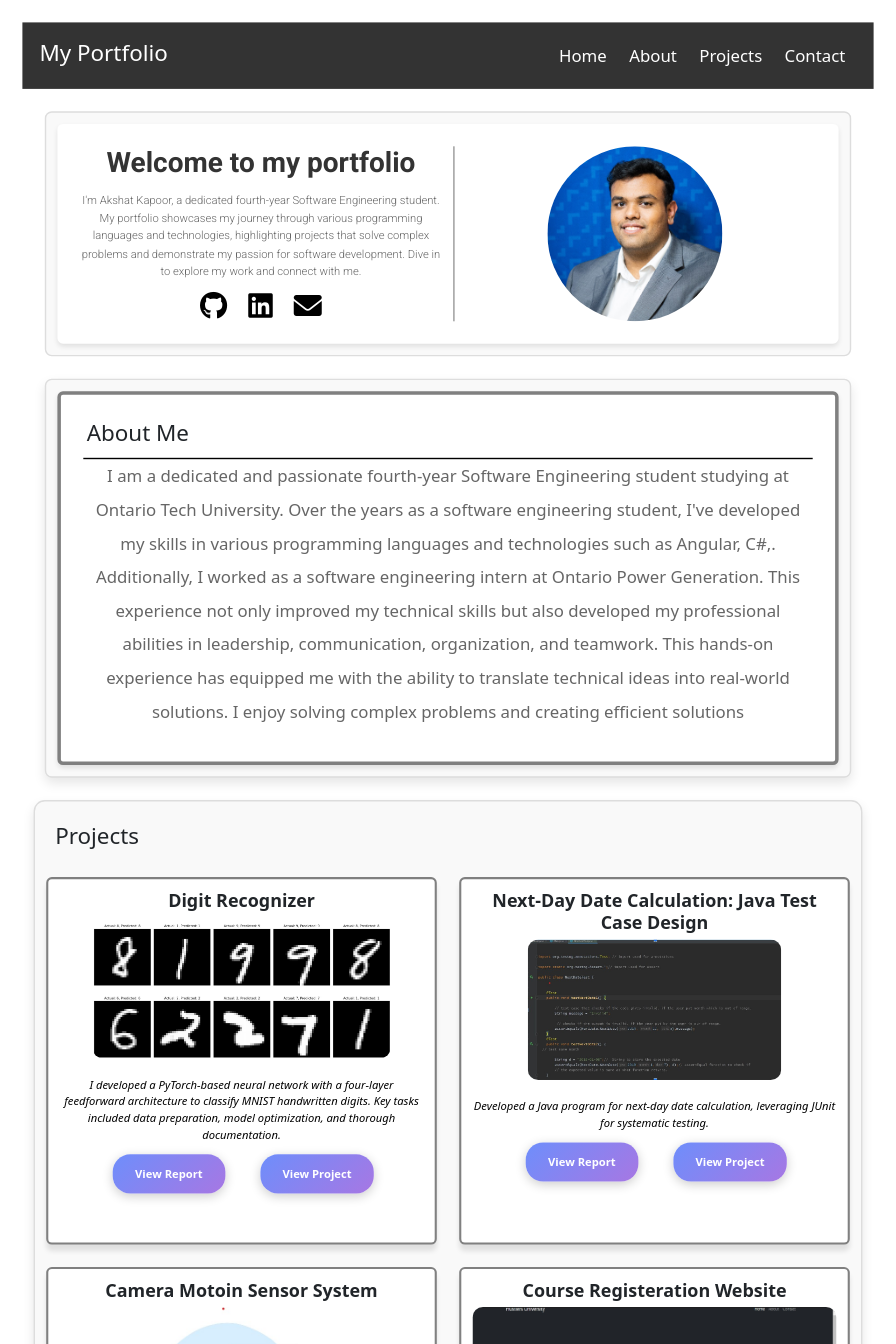
Repository: AkshatKapo/My-Portfolio
Page: /
An editor plug-in stored every save of this project. The page is shown before and after the next save, followed by the edit.
The browser window is 1280 px wide. The pictures show the part of the page from y = 0 to 1920 px (the page is 2643 px tall), at 70% of full size.
The project was rebuilt for these pictures with package versions that can differ from the ones it lists, and the page was loaded fresh each time. Also part of the build but not shown: vite.config.js, src/components/Experiece/Experience.css, src/components/Experiece/Experience.jsx, src/components/project/project.jsx, src/index.css.

Above is the page before, as saved 2024-06-13 11:52:45.

### index.html
<!DOCTYPE html>
<html lang="en">
  <head>
    <meta charset="UTF-8" />
    <link rel="stylesheet" href="https://cdnjs.cloudflare.com/ajax/libs/font-awesome/6.0.0-beta3/css/all.min.css">
    <link rel="stylesheet" href="https://maxcdn.bootstrapcdn.com/bootstrap/4.5.2/css/bootstrap.min.css">

    <meta name="viewport" content="width=device-width, initial-scale=1.0" />
    <title>Vite + React</title>
  </head>
  <body>
    <div id="root"></div>
    <script type="module" src="/src/main.jsx"></script>
  </body>
</html>

### src/main.jsx
import React from 'react'
import ReactDOM from 'react-dom/client'
import App from './App'
import './index.css'
import 'bootstrap/dist/css/bootstrap.min.css';


ReactDOM.createRoot(document.getElementById('root')).render(
  <React.StrictMode>
    <App />
  </React.StrictMode>,
)

### src/App.jsx
import { useState } from 'react'
import reactLogo from './assets/react.svg'
import './App.css'
import Header from './components/Header'
import Home from './components/Home/Home'
import About from './components/About/About'
import Experience from './components/Experiece/Experience'
import Projects from './components/Projects/projects'
import project from './components/project/project'

// import Contact from './components/Contact/Contact'


function App() {
  const [count, setCount] = useState(0)

  return (
    <div>
      <Header />
      <Home />
      <About />

      {/* <Experience /> */}
      <Projects />
    </div>
  )
}

export default App

### src/components/Header.jsx
import React from 'react'
import './Header.css'

const Header = () => {
  return (
    <header>
      <h1 className='title'>My Portfolio</h1>
      <nav>
        <ul>
          <li><a href="#home">Home</a></li>
          <li><a href="#about">About</a></li>
          <li><a href="#projects">Projects</a></li>
          <li><a href="#contact">Contact</a></li>
        </ul>
      </nav>
    </header>
  )
}

export default Header

### src/components/Home/Home.jsx
import React from "react";
import "./Home.css";

const Home = () => {
  return (
    <section id="home">
      <div className="home-content">
        <div className="text-content">
          <h2>Welcome to my portfolio</h2>
          <p>
          I'm Akshat Kapoor, a dedicated fourth-year Software Engineering student. My portfolio showcases my journey through various programming languages and technologies, highlighting projects that solve complex problems and demonstrate my passion for software development. Dive in to explore my work and connect with me.
          </p>
          <div class="social-icons">
              <a href="https://github.com/yourusername" target="_blank">
                <i class="fab fa-github"></i>
              </a>
              <a href="https://www.linkedin.com/in/yourusername" target="_blank">
               <i class="fab fa-linkedin"></i>
              </a>
              <a href="mailto:youremail@gmail.com" target="_blank">
               <i class="fas fa-envelope"></i>
             </a>


          </div>

        </div>
        <div className="separator"></div>
        <div className="image-content">
          <img
            src="/1666144074188.jpeg"
            alt="My image"
            className="profile-image"
          />
        </div>
      </div>
    </section>
  );
};

export default Home;

### src/components/About/About.jsx
import React from 'react';
import './About.css';

function About() {
  return (
    <section id="about">
      <div id='about-content'>
       <h2>About Me</h2>
       <div className='seperator'>


       </div>
       <p>I am a dedicated and passionate fourth-year Software Engineering student studying at Ontario Tech University. Over the years as a software engineering student, I've developed my skills in various programming languages and technologies such as Angular, C#,. Additionally, I worked as a software engineering intern at Ontario Power Generation. This experience not only improved my technical skills but also developed my professional abilities in leadership, communication, organization, and teamwork. This hands-on experience has equipped me with the ability to translate technical ideas into real-world solutions. I enjoy solving complex problems and creating efficient solutions </p>
      </div>
    </section>
  );
}

export default About;

### src/components/Projects/projects.jsx
import React from "react";
import "./projects.css";

const projects = () => {
  return (
    <section id="projects">
      <div class="project-list">
        <h2>Projects</h2>
        <div class="project-row">
          <div class="project">
            <h3>Digit Recognizer</h3>
            <img src="/image.jpg"></img>
            <p>I developed a PyTorch-based neural network with a four-layer feedforward architecture to classify MNIST handwritten digits. Key tasks included data preparation, model optimization, and thorough documentation.</p>
              <a href="link-to-project1" class="Projectbutton">View Report</a>
              <a href="link-to-project1" class="Projectbutton2">View Project</a>

          </div>
          <div class="project">
            <h3>Next-Day Date Calculation: Java Test Case Design </h3>
            <img src="/date.jpg"></img>
            <p>Developed a Java program for next-day date calculation, leveraging JUnit for systematic testing. </p>
            <a href="link-to-project1" class="Projectbutton">View Report</a>
            <a href="link-to-project1" class="Projectbutton2">View Project</a>
          </div>
        </div>
        <div class="project-row">
          <div class="project">
            <h3>Camera Motoin Sensor System</h3>
            <img src="/moton sensor.jpg"></img>
            <p>Collaborated with a team of 4 to craft a software project management proposal. Led the development of project plans covering risk assessment, budgeting, scheduling, and resource allocation. Employed Microsoft Project and Visual Paradigm for project scheduling and activity diagrams, while also preparing comprehensive technical documentation to support project objectives.</p>
            <a href="link-to-project1" class="Projectbutton">View Report</a>
            <a href="link-to-project1" class="Projectbutton2">View Project</a>
          </div>
          <div class="project">
            <h3>Course Registeration Website</h3>
            <img src="/coursespage.jpg"></img>
            <p>a team of 4 to develop a university course registration website, meeting deadlines and objectives. Leveraged HTML, CSS, JavaScript, Bootstrap, PHP, and SQL for design and functionality. Implemented key features including home, sign-up, and login pages, along with a robust database for information storage and retrieval.

            </p>
            <a href="link-to-project1" class="Projectbutton">View Report</a>
            <a href="link-to-project1" class="Projectbutton2">View Project</a>
          </div>
        </div>
      </div>
    </section>

  );
};

export default projects;

### src/components/Header.css
header {
  background-color: #333;
  color: white;
  padding: 2%;
  display: flex;
  justify-content: space-between;
  align-items: center;
    /* text-align: center; */
  }
  .title {
    font-size: 2rem;
    text-align: left;
  }


  nav ul {
    list-style-type: none;
    padding: 0;
    margin: 0;
    display: flex;
  }

  nav ul li {
    margin: 0 1rem;
  }

  nav ul li a {
    color: white;
    text-decoration: none;
    font-size: 150%;
  }

### src/components/Home/Home.css
@import url('https://fonts.googleapis.com/css2?family=Roboto:wght@300;400;700&display=swap');

#home {
  padding: 1rem;
  display: flex;
  justify-content: center;
  align-items: center;
  background-color: #f9f9f9;
  border: 2px solid #ddd; /* Light border */
  border-radius: 10px; /* Rounded corners */
  margin: 2rem; /* Margin to ensure it doesn’t touch the edges of the container */

}

.home-content {
  display: flex;
  justify-content: space-between;
  width: 100%;
  max-width: 1200px; /* Adjust the max-width as needed */
  background: #fff; /* Background for the content */
  padding: 2rem; /* Padding around the content */
  box-shadow: 0 4px 8px rgba(0, 0, 0, 0.1); /* Shadow for styling */
  border-radius: 8px; /* Rounded corners */
}

.text-content {
  flex: 1;
  padding-right: 1rem;
  font-family: 'Roboto', sans-serif;

}

.text-content h2 {
  font-size: 2.5rem; /* Adjust the font size as needed */
  font-weight: 900;
  color: #333;
  margin-bottom: 1rem;

}

.text-content p {
  font-size: 1rem; /* Adjust the font size as needed */
  line-height: 1.6; /* Adjust the line height as needed */
  color: #666;
  font-weight: 300;
}

.separator {
  width: 1px;
  background-color: #333;
  height: 250px; /* Adjust the height as needed */
}

.image-content {
  flex: 1;
  display: flex;
  justify-content: center;
}

.profile-image {
  width: 250px;
  height: 250px;
  border-radius: 50%;
  object-fit: cover;
 }

 .social-icons {
  display: flex;
  gap: 30px; /* Adjust the spacing between icons */
  justify-content: center;
}

.social-icons a {
  color: #000; /* Change the color if needed */
  text-decoration: none;
}

.social-icons .icon {
  width: 40px; /* Adjust the size of the icons */
  height: 40px; /* Adjust the size of the icons */
}

.social-icons i {
  font-size: 40px; /* Adjust the size of the font-awesome icons */
}

/* Add hover effect if desired */
.social-icons a:hover {
  opacity: 0.7; /* Example hover effect */
}

### src/components/About/About.css
#about {
    padding: 1rem;
    display: flex;
    background-color: #f9f9f9;
    border: 2px solid #ddd; /* Light border */
    border-radius: 10px; /* Rounded corners */
    box-shadow: 0 8px 16px rgba(0, 0, 0, 0.1); /* Shadow for depth */
    margin: 2rem; /* Margin to ensure it doesn’t touch the edges of the container */



  }
  #about-content {
    display: table-column;
    justify-content: space-between;
    width: 100%;
    max-width: 1200px; /* Adjust the max-width as needed */
    background: #fff; /* Background for the content */
    padding: 2rem; /* Padding around the content */
    box-shadow: 0 4px 8px rgba(0, 0, 0, 0.1); /* Shadow for styling */
    border-radius: 8px; /* Rounded corners */
    border: 5px solid grey;
  }


  #about h2 {
    font-size: 2rem;
    text-align: left; /* This will align the heading to the left */
    margin-bottom: 1rem; /* Adding some space between the heading and the paragraph */
    margin-top: 0.2rem;
    margin-left: 0.3rem;


  }
  .seperator {
    border-top: 2px solid black;
    width: 100%; /* Adjust as needed */
    margin: 20px 3; /* Adjust as needed */
  }

  #about p {
    font-size: 1.5rem; /* Adjust the font size as needed */
    line-height: 2; /* Adjust the line height as needed */
    color: #666;
    font-weight: 300;
    }

### src/components/Projects/projects.css
#projects {
  padding: 1rem;
  background-color: #f9f9f9;
  border: 2px solid #ddd; /* Light border */
  border-radius: 16px; /* Rounded corners */
  box-shadow: 0 8px 16px rgba(0, 0, 0, 0.1); /* Shadow for depth */
  margin: 1rem; /* Margin to ensure it doesn’t touch the edges of the container */
}

.project-list {
  display: flex;
  flex-direction: column;
  gap: 1rem; /* Space between rows */
  align-items: stretch;
}

.project-list h2 {
  font-size: 2rem;
  text-align: left; /* Align heading to the left */
  margin: 0.9rem 0 1rem 0.8rem; /* Consistent spacing around heading */
}

.project-row {
  display: flex;
  justify-content: space-between; /* Allow wrapping for responsive design */
  width: 100%; /* Space between projects */
  gap: 2rem;
  align-items: stretch;
}

.project {
  flex: 5 ; /* Flex basis to allow two projects per row with a gap */
  text-align: center;
  padding: 1rem; /* Consistent padding */
  padding-bottom: 0;
  background-color: #fff;
  border: 3px solid grey;
  box-shadow: 0 9px 8px rgba(0, 0, 0, 0.1); /* Shadow for styling */
  border-radius: 8px; /* Rounded corners */
  margin: 0.5rem 0; /* Margin for spacing between rows */
}

.project img {
  justify-content: center;
  max-width: 100%;
  height: 40%;
  border-radius: 15px;
  margin-bottom: 25px;
  border-color:50px solid aquamarine;
}


.project h3 {
  font-size: 1.6rem;
  font-weight: bolder;
  margin-bottom: 0.5rem; /* Space between title and paragraph */
  margin-top: 0;
}

.project p {
  font-size: 1rem;
  font-style: italic;
  color: black;
}
.Projectbutton {

    display: inline-block;
    padding: 1rem 2rem; /* Adjusted padding for better appearance */
    font-size: 1rem; /* Set font size */
    font-weight: bold; /* Make font bold */
    text-align: center; /* Center the text */
    background: linear-gradient(135deg, #6e8efb, #a777e3); /* Add gradient background */
    color: white; /* Change text color to white */
    text-decoration: none; /* Remove underline */
    border: none; /* Remove border */
    border-radius: 25px; /* More rounded corners */
    box-shadow: 0 4px 15px rgba(0, 0, 0, 0.2); /* Add shadow */
    transition: background 0.3s, transform 0.3s; /* Smooth transitions */
    cursor: pointer; /* Change cursor to pointer */
    margin-left: 1%;
    margin-bottom: 0rem; /* Add a small margin-bottom */

}
.Projectbutton2 {

    display: inline-block;
    padding: 1rem 2rem; /* Adjusted padding for better appearance */
    font-size: 1rem; /* Set font size */
    font-weight: bold; /* Make font bold */
    text-align: center; /* Center the text */
    background: linear-gradient(135deg, #6e8efb, #a777e3); /* Add gradient background */
    color: white; /* Change text color to white */
    text-decoration: none; /* Remove underline */
    border: none; /* Remove border */
    border-radius: 25px; /* More rounded corners */
    box-shadow: 0 4px 15px rgba(0, 0, 0, 0.2); /* Add shadow */
    transition: background 0.3s, transform 0.3s; /* Smooth transitions */
    cursor: pointer; /* Change cursor to pointer */
    margin-left: 50px;
    margin-bottom: 0rem; /* Add a small margin-bottom */

}

.Projectbutton:hover {
  background: linear-gradient(135deg, #a777e3, #6e8efb); /* Reverse gradient on hover */
  transform: translateY(-2px); /* Slight lift on hover */
  box-shadow: 0 6px 20px rgba(0, 0, 0, 0.3); /* Increase shadow on hover */
}
.Projectbutton2:hover {
  background: linear-gradient(135deg, #a777e3, #6e8efb); /* Reverse gradient on hover */
  transform: translateY(-2px); /* Slight lift on hover */
  box-shadow: 0 6px 20px rgba(0, 0, 0, 0.3); /* Increase shadow on hover */
}

/* Responsive Design */
@media (max-width: 768px) {
  .project-row {
    flex-direction: column; /* Stack projects vertically on smaller screens */
  }

  .Projectbutton2 {
    margin-left: 0; /* Reset margin on smaller screens */
  }
}

### src/components/project/project.css
#projects {
    padding: 1rem;
    background-color: #f9f9f9;
    border: 2px solid #ddd; /* Light border */
    border-radius: 16px; /* Rounded corners */
    box-shadow: 0 8px 16px rgba(0, 0, 0, 0.1); /* Shadow for depth */
    margin: 1rem; /* Margin to ensure it doesn’t touch the edges of the container */
  }

  .project-list {
    display: flex;
    flex-direction: column;
    gap: 1rem; /* Space between rows */
    align-items: stretch;
  }

  .project-list h2 {
    font-size: 2rem;
    text-align: left; /* Align heading to the left */
    margin: 0.9rem 0 1rem 0.8rem; /* Consistent spacing around heading */
  }

  .project-row {
    display: flex;
    justify-content: space-between; /* Allow wrapping for responsive design */
    width: 100%; /* Space between projects */
    gap: 2rem;
    align-items: stretch;
  }

  .project {
    flex: 5 ; /* Flex basis to allow two projects per row with a gap */
    text-align: center;
    padding: 1rem; /* Consistent padding */
    padding-bottom: 0;
    background-color: #fff;
    border: 3px solid grey;
    box-shadow: 0 9px 8px rgba(0, 0, 0, 0.1); /* Shadow for styling */
    border-radius: 8px; /* Rounded corners */
    margin: 0.5rem 0; /* Margin for spacing between rows */
  }

  .project img {
    justify-content: center;
    max-width: 100%;
    height: 40%;
    border-radius: 15px;
    margin-bottom: 25px;
    border-color:50px solid aquamarine;
  }


  .project h3 {
    font-size: 1.6rem;
    font-weight: bolder;
    margin-bottom: 0.5rem; /* Space between title and paragraph */
    margin-top: 0;
  }

  .project p {
    font-size: 1rem;
    font-style: italic;
    color: black;
  }
  .Projectbutton {

      display: inline-block;
      padding: 1rem 2rem; /* Adjusted padding for better appearance */
      font-size: 1rem; /* Set font size */
      font-weight: bold; /* Make font bold */
      text-align: center; /* Center the text */
      background: linear-gradient(135deg, #6e8efb, #a777e3); /* Add gradient background */
      color: white; /* Change text color to white */
      text-decoration: none; /* Remove underline */
      border: none; /* Remove border */
      border-radius: 25px; /* More rounded corners */
      box-shadow: 0 4px 15px rgba(0, 0, 0, 0.2); /* Add shadow */
      transition: background 0.3s, transform 0.3s; /* Smooth transitions */
      cursor: pointer; /* Change cursor to pointer */
      margin-left: 1%;
      margin-bottom: 0rem; /* Add a small margin-bottom */

  }
  .Projectbutton2 {

      display: inline-block;
      padding: 1rem 2rem; /* Adjusted padding for better appearance */
      font-size: 1rem; /* Set font size */
      font-weight: bold; /* Make font bold */
      text-align: center; /* Center the text */
      background: linear-gradient(135deg, #6e8efb, #a777e3); /* Add gradient background */
      color: white; /* Change text color to white */
      text-decoration: none; /* Remove underline */
      border: none; /* Remove border */
      border-radius: 25px; /* More rounded corners */
      box-shadow: 0 4px 15px rgba(0, 0, 0, 0.2); /* Add shadow */
      transition: background 0.3s, transform 0.3s; /* Smooth transitions */
      cursor: pointer; /* Change cursor to pointer */
      margin-left: 50px;
      margin-bottom: 0rem; /* Add a small margin-bottom */

  }

  .Projectbutton:hover {
    background: linear-gradient(135deg, #a777e3, #6e8efb); /* Reverse gradient on hover */
    transform: translateY(-2px); /* Slight lift on hover */
    box-shadow: 0 6px 20px rgba(0, 0, 0, 0.3); /* Increase shadow on hover */
  }
  .Projectbutton2:hover {
    background: linear-gradient(135deg, #a777e3, #6e8efb); /* Reverse gradient on hover */
    transform: translateY(-2px); /* Slight lift on hover */
    box-shadow: 0 6px 20px rgba(0, 0, 0, 0.3); /* Increase shadow on hover */
  }

  /* Responsive Design */
  @media (max-width: 768px) {
    .project-row {
      flex-direction: column; /* Stack projects vertically on smaller screens */
    }

    .Projectbutton2 {
      margin-left: 0; /* Reset margin on smaller screens */
    }
  }

Loaded but not shown: src/App.css (common file)

After the next save:
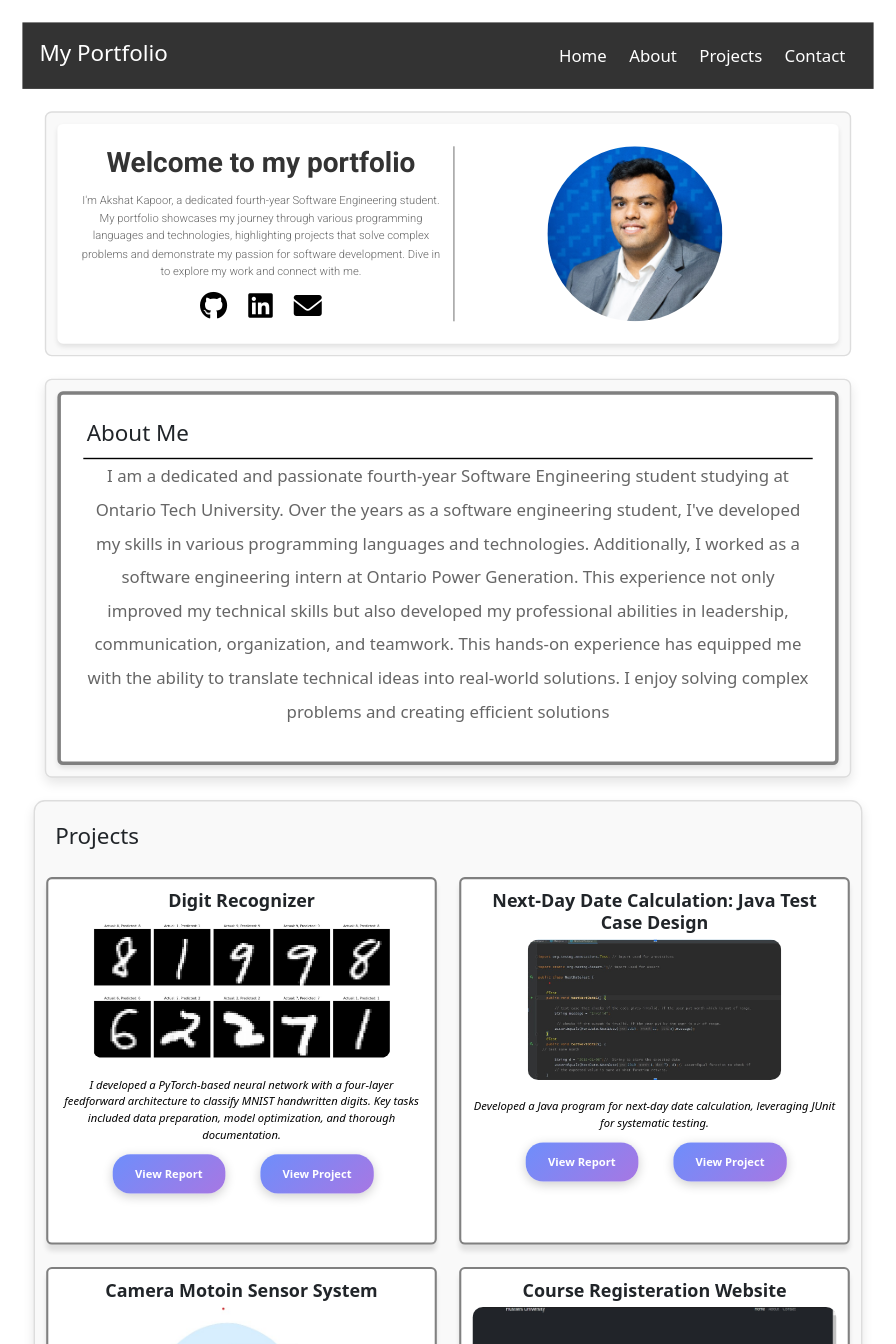
Saved 4 s later.
--- a/src/components/About/About.jsx
+++ b/src/components/About/About.jsx
@@ -10,7 +10,7 @@ function About() {
 
 
        </div>
-       <p>I am a dedicated and passionate fourth-year Software Engineering student studying at Ontario Tech University. Over the years as a software engineering student, I've developed my skills in various programming languages and technologies such as Angular, C#,. Additionally, I worked as a software engineering intern at Ontario Power Generation. This experience not only improved my technical skills but also developed my professional abilities in leadership, communication, organization, and teamwork. This hands-on experience has equipped me with the ability to translate technical ideas into real-world solutions. I enjoy solving complex problems and creating efficient solutions </p>
+       <p>I am a dedicated and passionate fourth-year Software Engineering student studying at Ontario Tech University. Over the years as a software engineering student, I've developed my skills in various programming languages and technologies. Additionally, I worked as a software engineering intern at Ontario Power Generation. This experience not only improved my technical skills but also developed my professional abilities in leadership, communication, organization, and teamwork. This hands-on experience has equipped me with the ability to translate technical ideas into real-world solutions. I enjoy solving complex problems and creating efficient solutions </p>
       </div>
     </section>
   );
